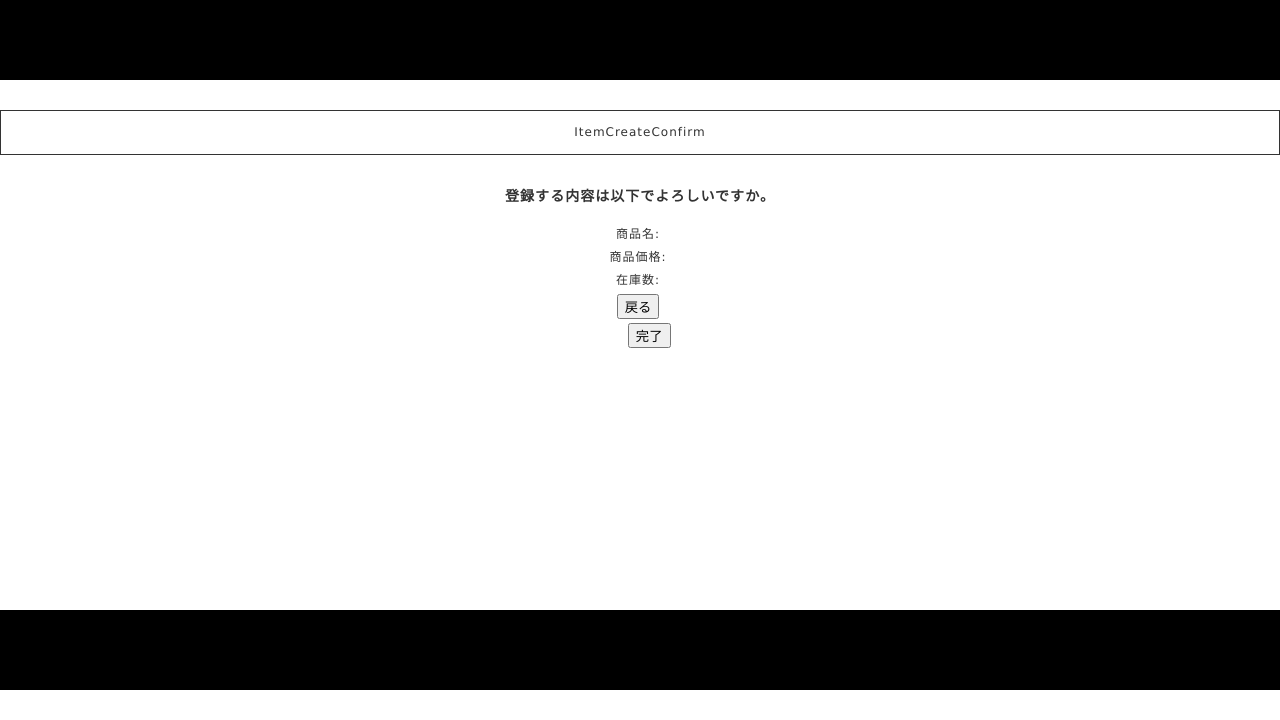
Repository: hirose0320/test
Page: http://localhost/ecsite2/itemCreateConfirm.jsp
An editor plug-in stored every save of this project. The page is shown before and after the next save, followed by the edit.
The browser window is 1280 px wide. The pictures show the whole page.
Some web libraries are served in a nearby version. The page is served by Tomcat 9.

Above is the page before, as saved 2019-03-06 02:53:39.

After the next save:
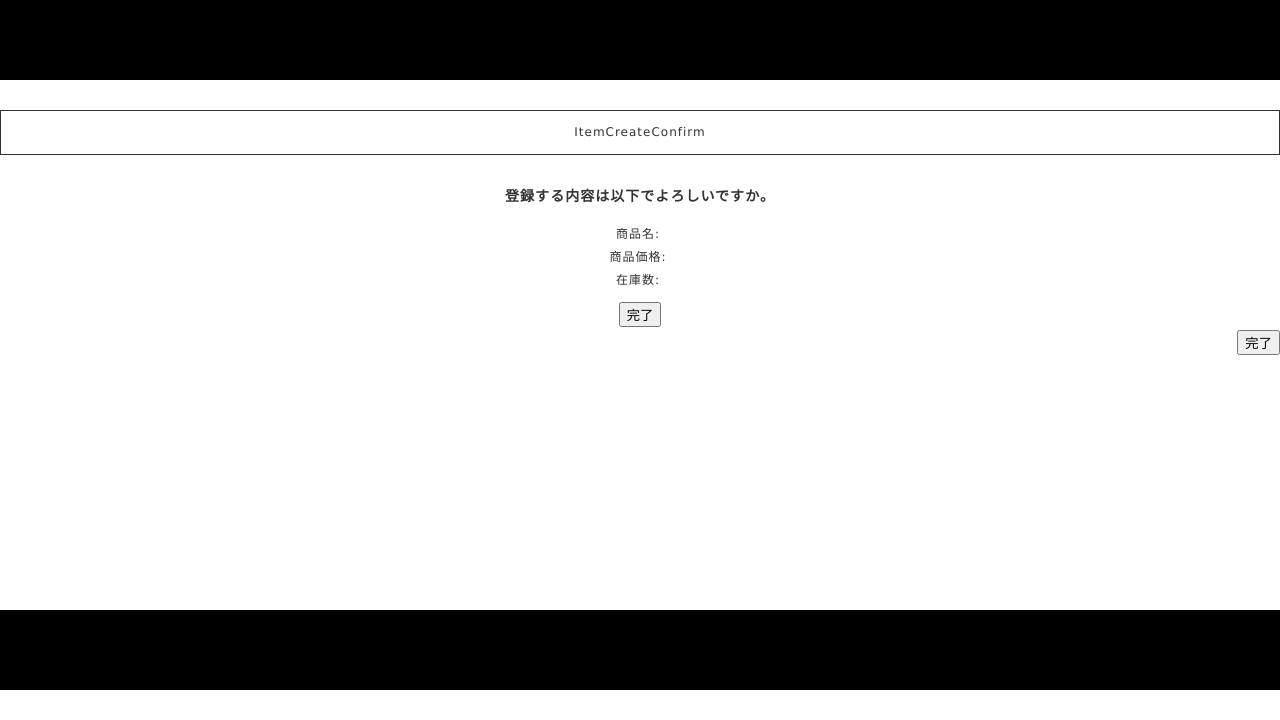
Saved 97 s later.
--- a/ecsite2/WebContent/itemCreateConfirm.jsp
+++ b/ecsite2/WebContent/itemCreateConfirm.jsp
@@ -89,11 +89,10 @@
 						<td><s:property value="STOCK" escape="false" /></td>
 					</tr>
 					<tr>
-						<th><input type="button" value="戻る"
-							onclick="submitAction('ItemCreateAction')" /></th>
-
-
-						<th><s:submit value="完了" /></th>
+						<s:form action="ItemCreateAction">
+							<td><s:submit value="完了" /></td>
+						</s:form>
+						<td><s:submit value="完了" /></td>
 					</tr>
 				</s:form>
 
